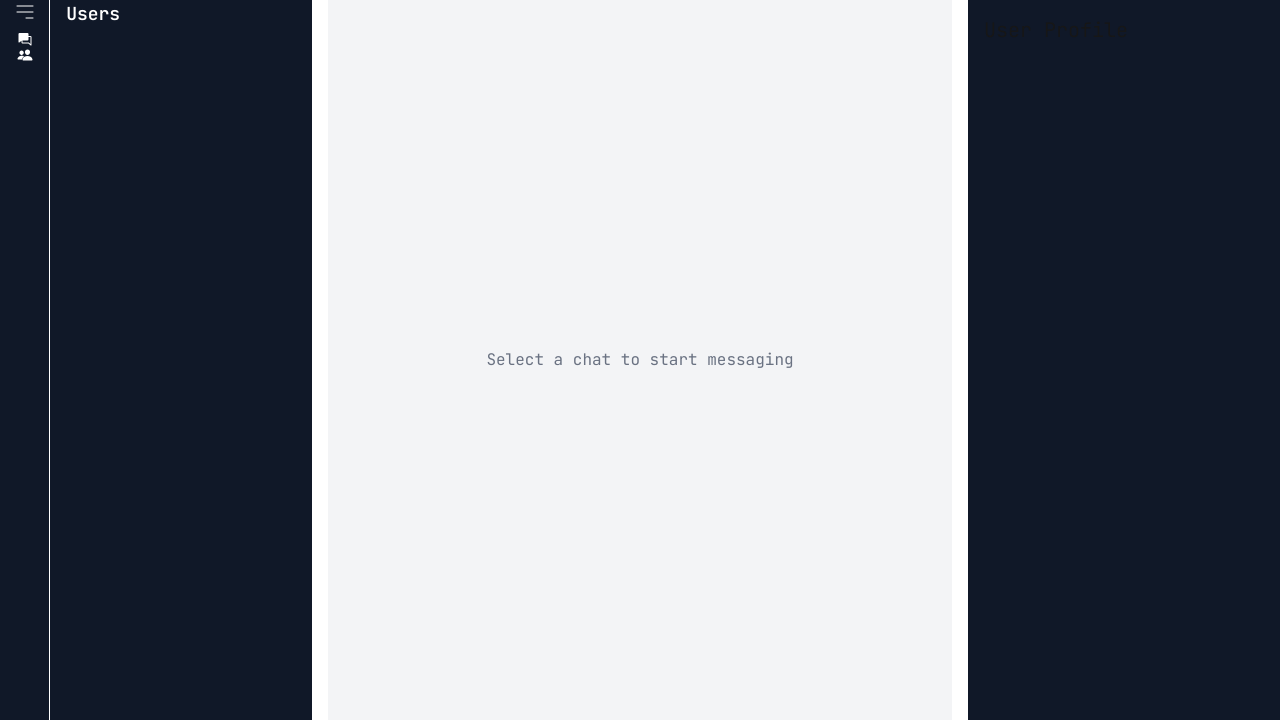
Repository: Sync-Decode/chat-app
Page: /
The author's editor kept a copy of each file at every save. The page is drawn from the files as they stood at one save, then again after the next save.
The browser window is 1280 px wide. The pictures show the whole page.
The page's requests for data from a server got no answer. The project was rebuilt for these pictures with package versions that can differ from the ones it lists, and the page was loaded fresh each time. The framework's server and built-in components were replaced by stand-ins that run in the browser. No one was signed in, and anything a server would have sent is missing. Also part of the build but not shown: next.config.mjs, src/components/Menu.jsx, src/components/Chatview.jsx.

Above is the page before, as saved 2025-06-21 16:39:04.

After the next save:
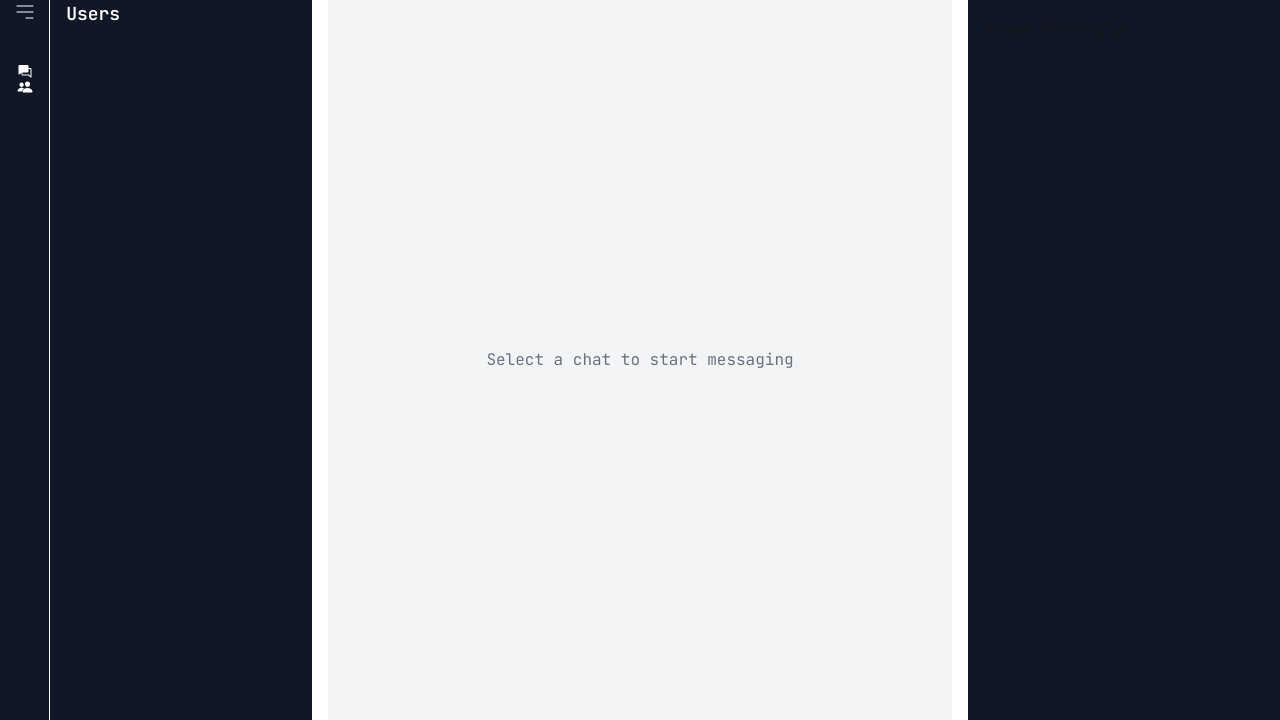
Saved 4 s later.
--- a/src/components/Sidebar.jsx
+++ b/src/components/Sidebar.jsx
@@ -14,7 +14,7 @@ export default function Sidebar() {
 
   return (
     <div className="relative w-full h-full flex  bg-gray-900 text-white">
-      <div className="flex-1 flex flex-col justify-start items-center gap- border-r">
+      <div className="flex-1 flex flex-col justify-start items-center gap-8 border-r">
         <div onClick={() => setIsMenuHidden((prev) => !prev)}>
           <Hamburger />
         </div>
